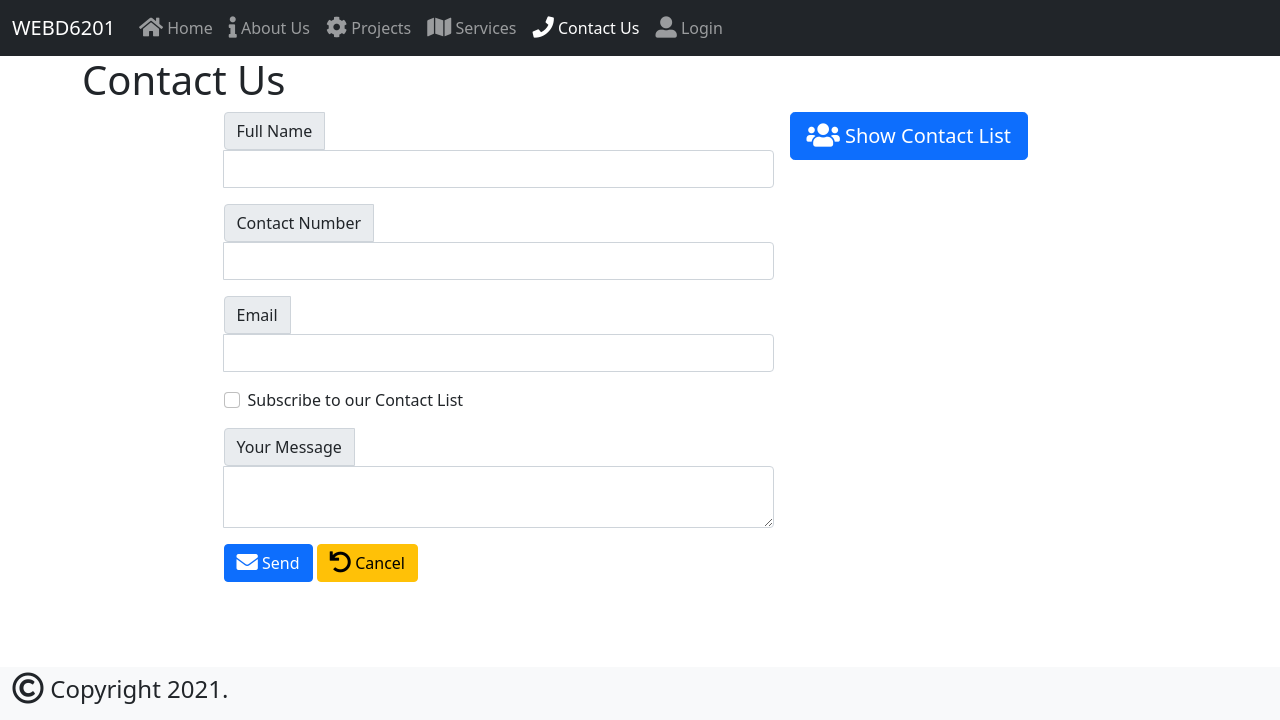
Repository: CKM206/WebD6201-W2021-ICE5
Page: contact.html
The author's editor kept a copy of each file at every save. The page is drawn from the files as they stood at one save, then again after the next save.
The browser window is 1280 px wide. The pictures show the whole page.

Above is the page before, as saved 2021-03-07 02:37:20.

After the next save:
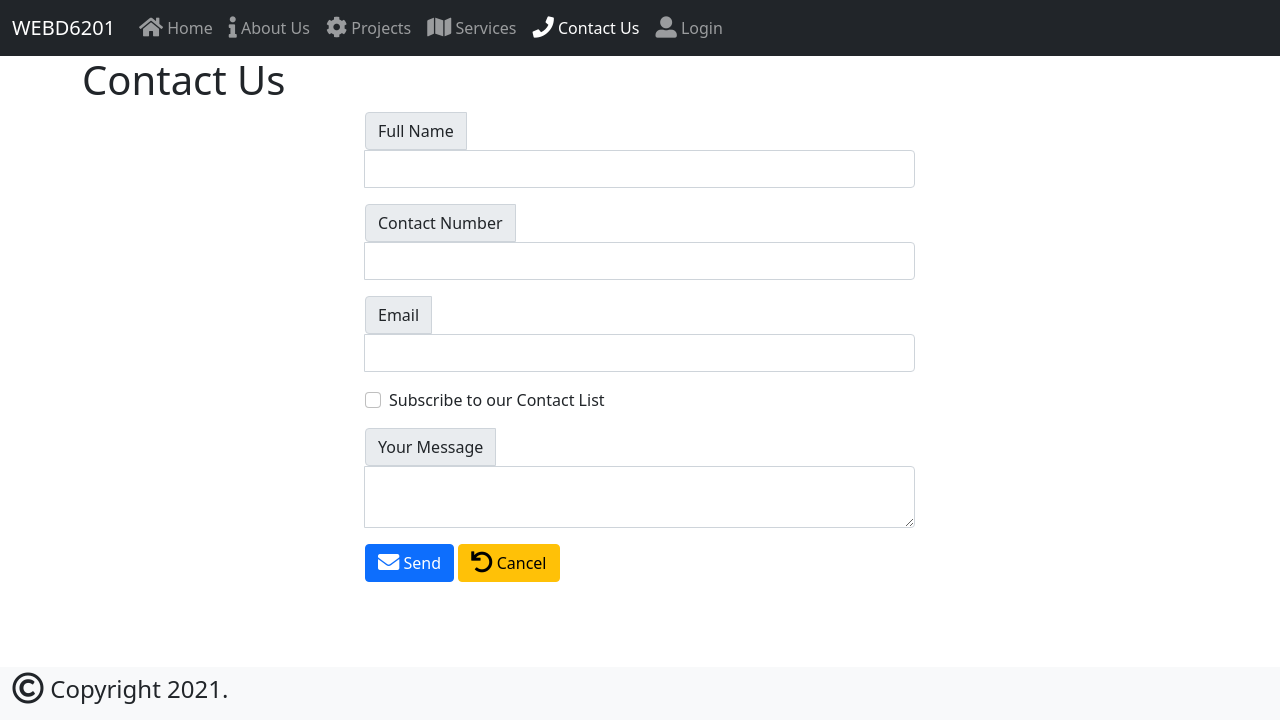
Saved 2 min 36 s later.
--- a/contact.html
+++ b/contact.html
@@ -88,10 +88,6 @@
             <button id="sendButton" type="submit" class="btn btn-primary"><i class="fas fa-envelope fa-lg"></i> Send</button>
             <button id="cancelButton" type="reset" class="btn btn-warning"><i class="fas fa-undo fa-lg"></i> Cancel</button>
           </form>
-
-          <div class="col-lg-3 col-md-3">
-            <a href="contact-list.html" class="btn btn-primary btn-lg"><i class="fas fa-users fa-lg"></i> Show Contact List</a>
-          </div>
         </div>
 
 
